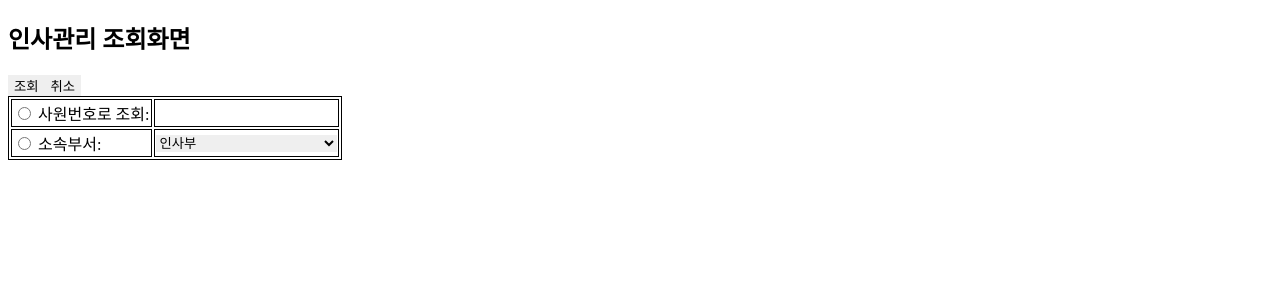
Repository: guguping/finalTestStudy
Page: http://localhost/test1/findMemberForm.jsp
The author's editor kept a copy of each file at every save. The page is drawn from the files as they stood at one save, then again after a run of saves.
The browser window is 1280 px wide. The pictures show the whole page.
The page is served by Tomcat 9.

Above is the page before, as saved 2023-07-28 05:02:14.

### test1/src/main/webapp/findMemberForm.jsp
<%@ page language="java" contentType="text/html; charset=UTF-8"
    pageEncoding="UTF-8"%>
<!DOCTYPE html>
<html>
<head>
<meta charset="UTF-8">
<title>Insert title here</title>
<style>
	table, tr, td, th {
		border: 1px solid black;
		box-sizing: border-box;
	}
	input {
		border: none;
		outline: none;
	}
	select {
		border: none;
		outline: none;
		width: 100%;
		height: 100%;
	}
</style>
</head>
<body>
	<h2>인사관리 조회화면</h2>
	<form action="index.jsp" method="get">
		<table>
			<tr>
				<td>
				<input type="radio" id="searchType" value="id" name="searchType">
					사원번호로 조회:
				</td>
				<th>
					<input type="text" name="idValue">
				</th>
			</tr>
			<tr>
				<td>
				<input type="radio" value="dept" name="searchType">
					소속부서:
				</td>
				<th>
					<select name="deptValue">
						<option value="인사부">인사부</option>
						<option value="기획부">기획부</option>
						<option value="홍보부">홍보부</option>
						<option value="영업부">영업부</option>
						<option value="경리부">경리부</option>
					</select>
				</th>
			</tr>
			<input type="submit" value="조회">
			<input type="button" onclick="index()" value="취소">
		</table>
	</form>

</body>
<script>
	const index =()=>{
		location.href = "index.jsp";
	}
</script>
</html>

After the next 2 saves:
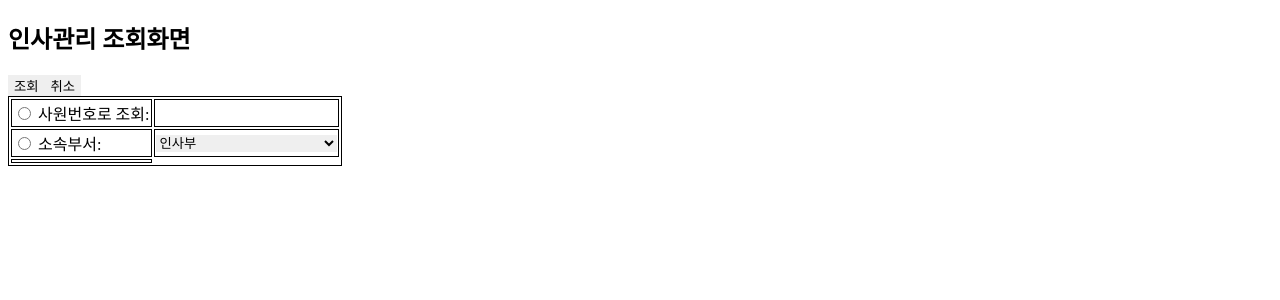
The 2 saves are shown as one change because they came seconds apart.
The last was saved 31 s later.
--- a/test1/src/main/webapp/findMemberForm.jsp
+++ b/test1/src/main/webapp/findMemberForm.jsp
@@ -50,6 +50,10 @@
 					</select>
 				</th>
 			</tr>
+			<tr>
+				<td>
+				</td>
+			</tr>
 			<input type="submit" value="조회">
 			<input type="button" onclick="index()" value="취소">
 		</table>
